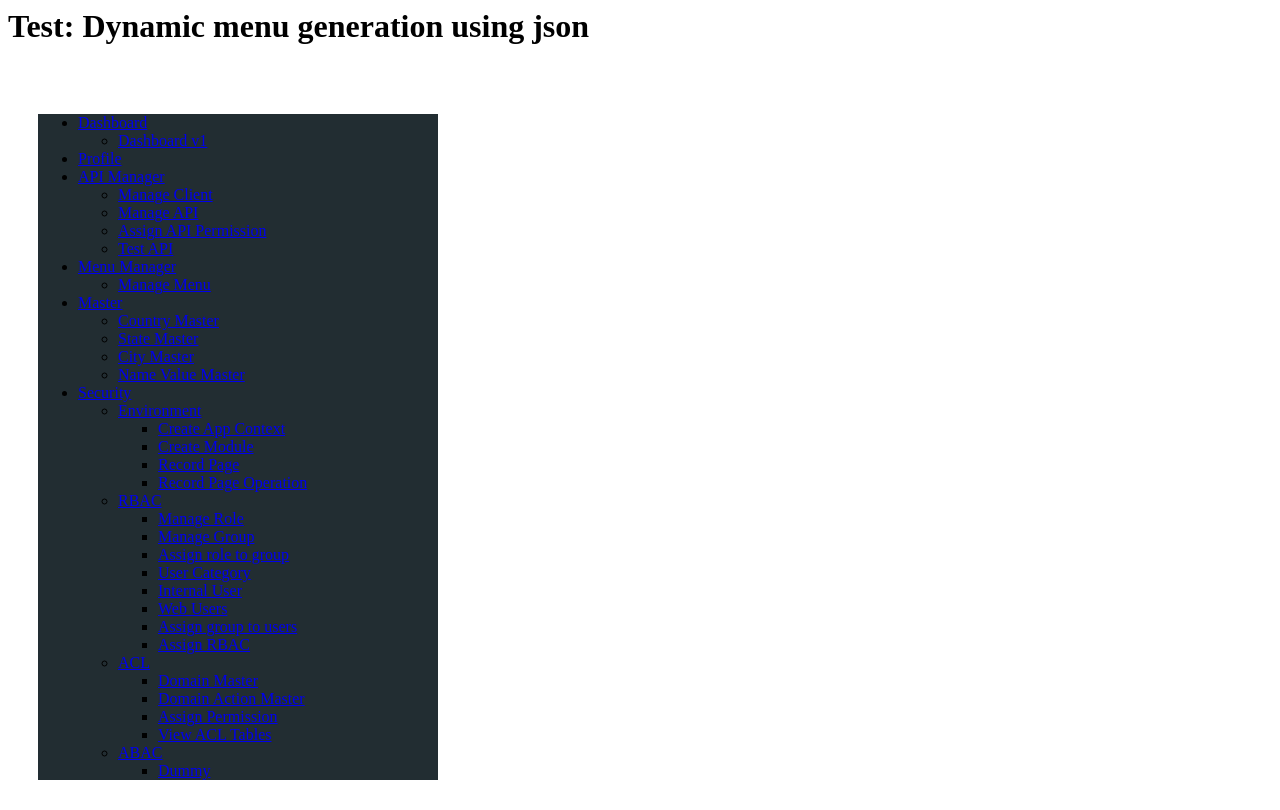
Repository: sanjeev167/PersonnelProjects
Page: http://localhost/PracticeOnNet/WEB-INF/jsp/admin/pvt/api_mgr/api_permission.jsp
An editor plug-in stored every save of this project. The page is shown before and after the next save, followed by the edit.
The browser window is 1280 px wide. The pictures show the whole page.
The page is served by Tomcat 9. Nobody is signed in. The template is opened directly, without the code that normally fills it, so the values that code supplies are empty.

Above is the page before, as saved 2019-07-26 17:59:56.

After the next save:
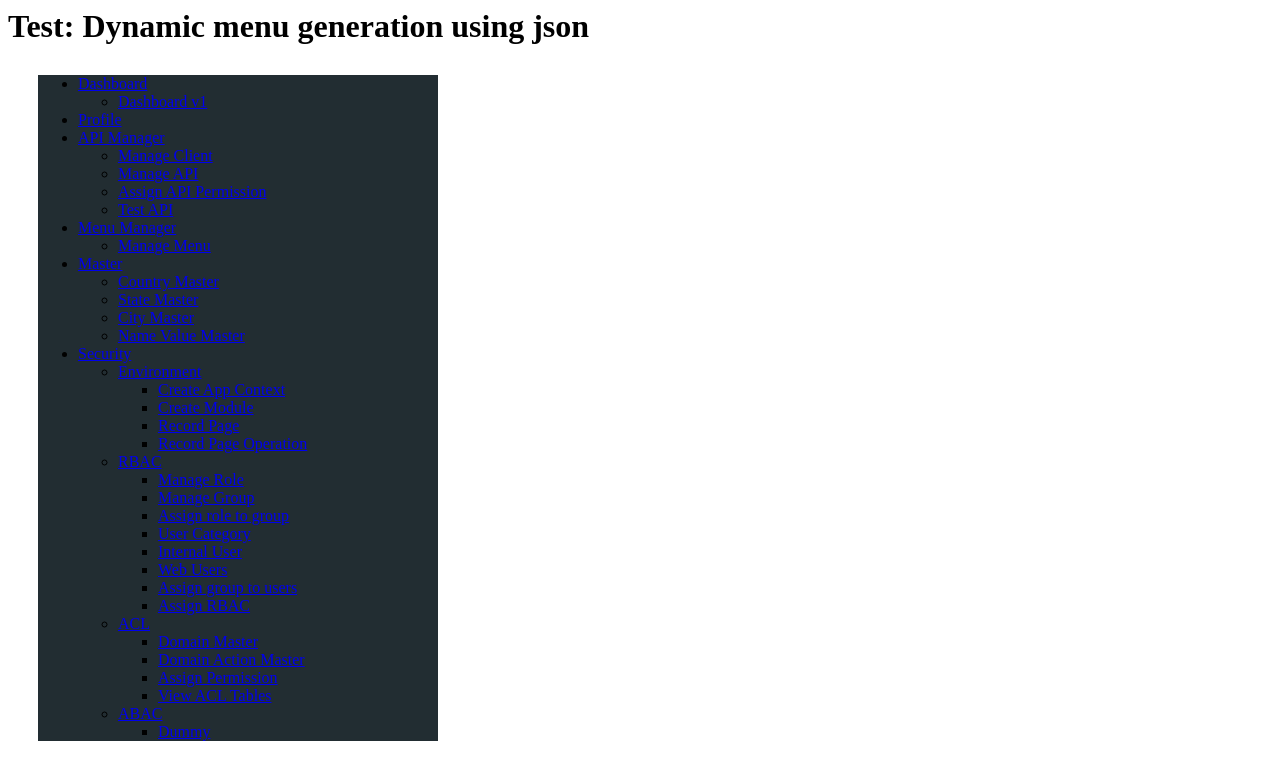
Saved 14 s later.
--- a/PracticeOnNet_WS/PracticeOnNet/src/main/webapp/WEB-INF/jsp/admin/pvt/api_mgr/api_permission.jsp
+++ b/PracticeOnNet_WS/PracticeOnNet/src/main/webapp/WEB-INF/jsp/admin/pvt/api_mgr/api_permission.jsp
@@ -101,5 +101,5 @@ $(document).ready(function() {
 </script>
 
 <h1>Test: Dynamic menu generation using json</h1>
-<br>
+<p>
 <div id="menu1" style="width: 400px; margin-left: 30px; background-color: #222d32; margin: 30px; "></div>
